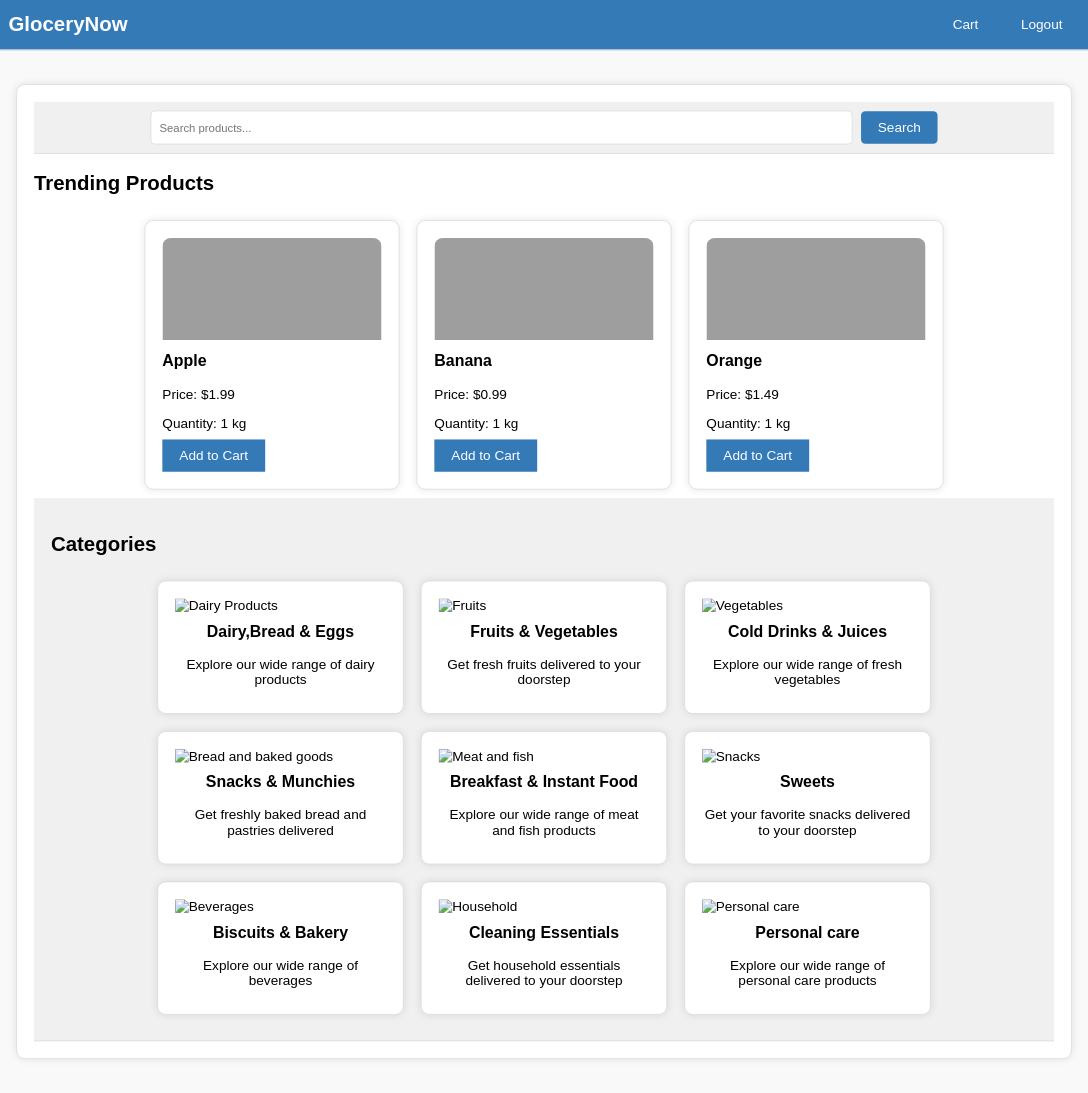
Repository: shamchiwade/GroceryNow
Page: http://localhost/ShopManagement/home.jsp
These files come from the project's save history. The page is drawn as it stood at one moment and after the next save; the edit follows.
The browser window is 1280 px wide. The pictures show the whole page, at 85% of full size.
Pictures or frames that could not be fetched are drawn as grey boxes. The page is served by Tomcat 10. Nobody is signed in. The application's start-up code is not run.

Above is the page before, as saved 2024-10-11 12:34:44.

After the next save:
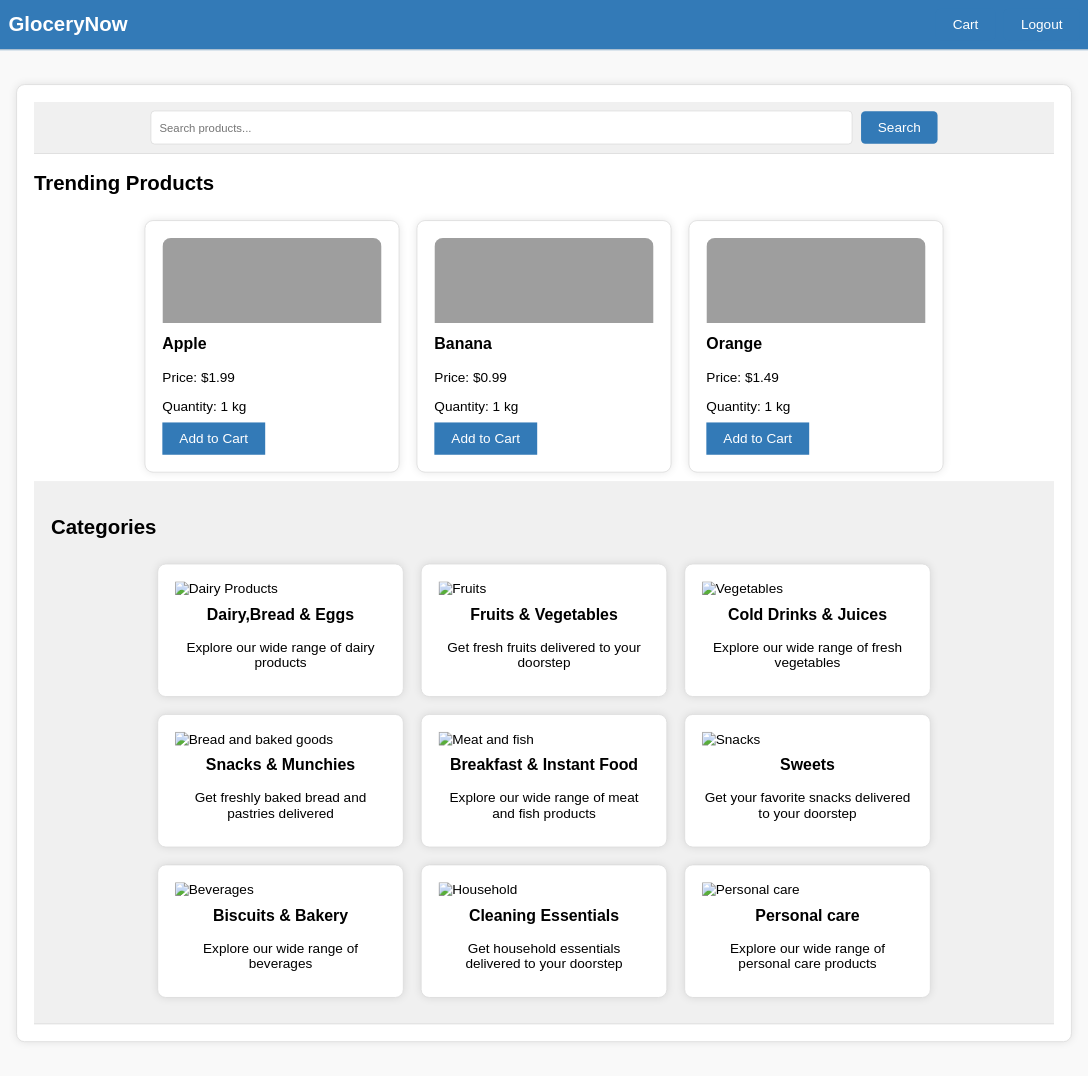
Saved 25 s later.
--- a/ShopManagement/src/main/webapp/home.jsp
+++ b/ShopManagement/src/main/webapp/home.jsp
@@ -173,7 +173,7 @@ body {
 
 .trending-products .card img {
 	width: 100%;
-	height: 120px;
+	height: 100px;
 	object-fit: cover;
 	border-radius: 10px 10px 0 0;
 }
